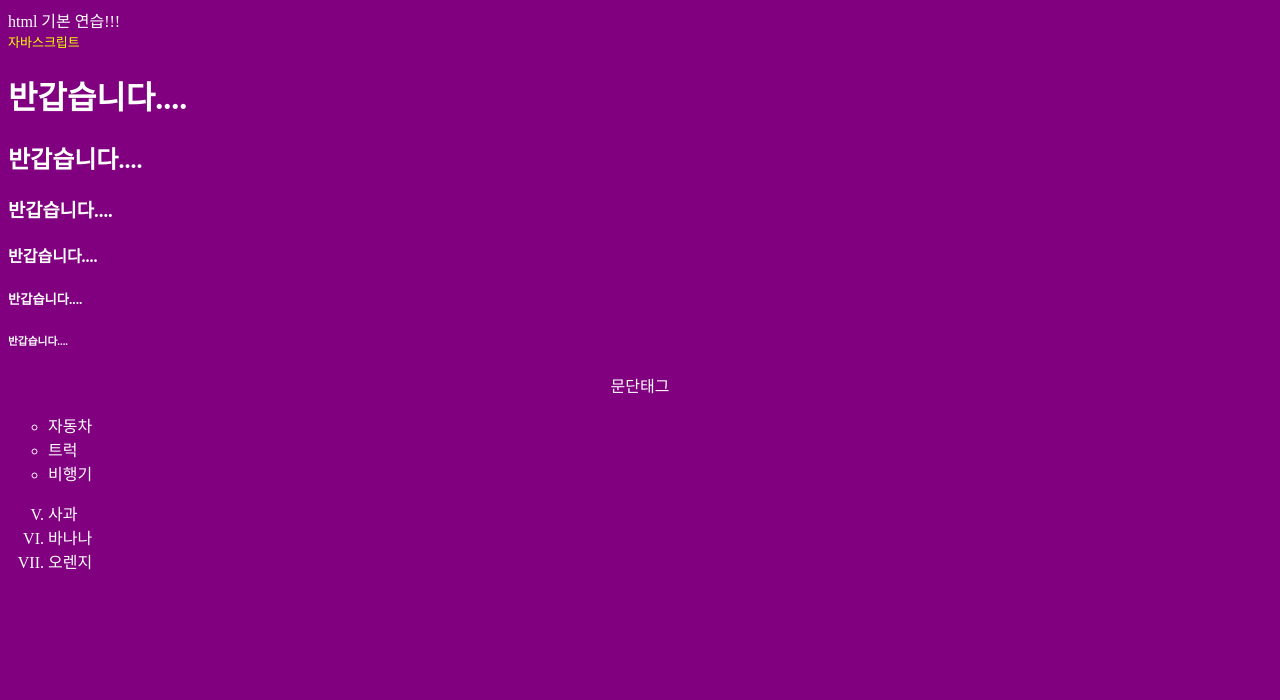
Repository: salee1023/JSP_Practice
Page: HTML_CSS_JS_practice01/src/main/webapp/html01.htm
These files come from the project's save history. The page is drawn as it stood at one moment and after the next save; the edit follows.
The browser window is 1280 px wide. The pictures show the whole page.

Above is the page before, as saved 2021-08-16 10:17:33.

After the next save:
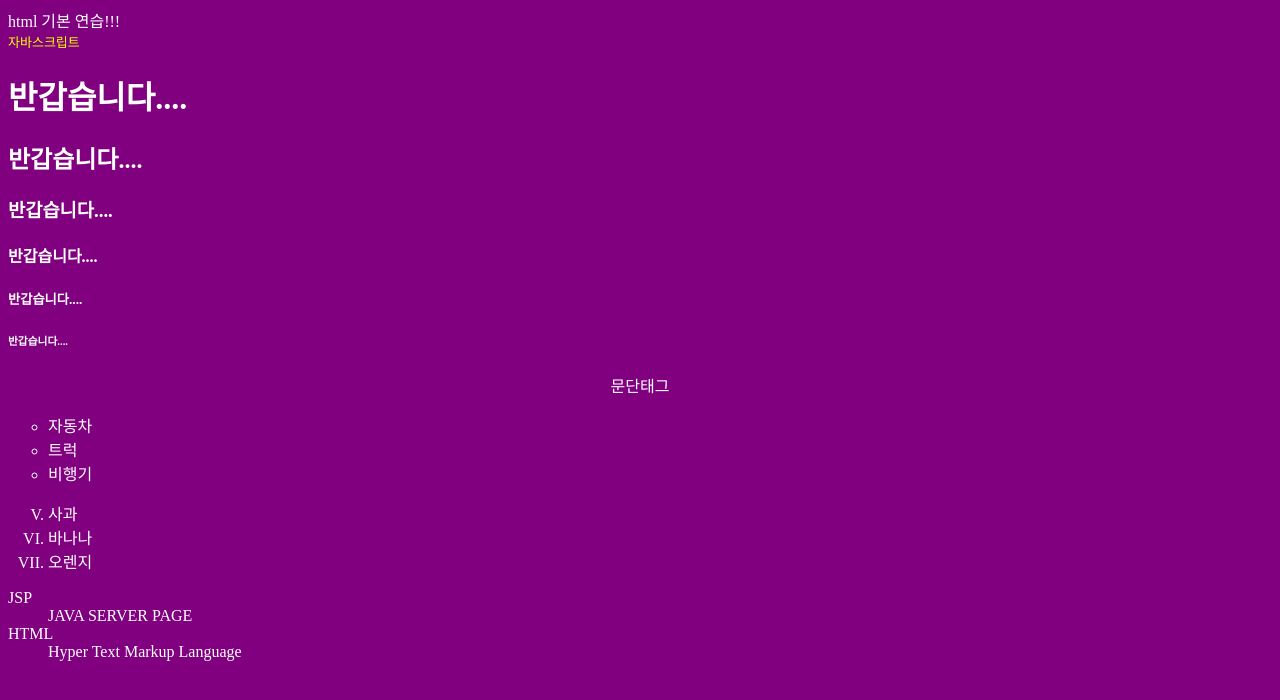
Saved 71 s later.
--- a/HTML_CSS_JS_practice01/src/main/webapp/html01.htm
+++ b/HTML_CSS_JS_practice01/src/main/webapp/html01.htm
@@ -30,5 +30,11 @@
 		<li>바나나</li>
 		<li>오렌지</li>
 	</ol>
+	<dl> <!-- Dictionary List -->
+		<dt>JSP</dt>
+		<dd>JAVA SERVER PAGE</dd>
+		<dt>HTML</dt>
+		<dd>Hyper Text Markup Language</dd>
+	</dl>
 </body>
 </html>
